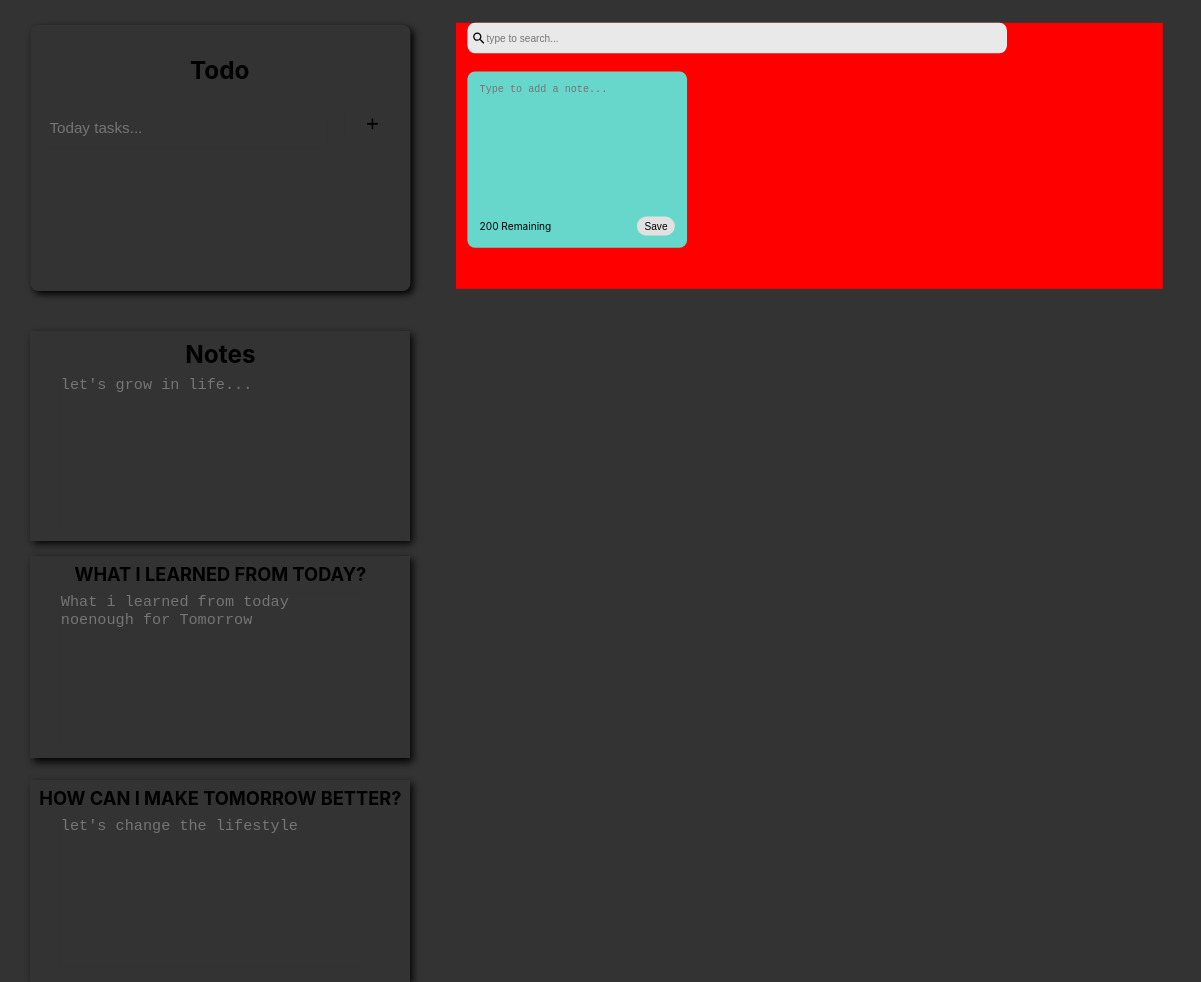
Repository: subhamRsahoo/note
Page: /
An editor plug-in stored every save of this project. The page is shown before and after the next save, followed by the edit.
The browser window is 1280 px wide. The page is 1530 px wide, then 1580 px, so the pictures cover 1580 px, including what lies to the right of the window. The pictures show the whole page, at 76% of full size.
The project was rebuilt for these pictures with package versions that can differ from the ones it lists, and the page was loaded fresh each time. Also part of the build but not shown: src/components/New folder/components/Note.js.

Above is the page before, as saved 2021-07-15 18:05:25.

### public/index.html
<!DOCTYPE html>
<html lang="en">
  <head>
    <meta charset="utf-8" />
    <link rel="icon" href="%PUBLIC_URL%/favicon.ico" />
    <meta name="viewport" content="width=device-width, initial-scale=1" />
    <meta name="theme-color" content="#000000" />
    <meta
      name="description"
      content="Web site created using create-react-app"
    />
    <link rel="apple-touch-icon" href="%PUBLIC_URL%/logo192.png" />
    <link rel="manifest" href="%PUBLIC_URL%/manifest.json" />


    <!-- <link rel="stylesheet" href="https://cdnjs.cloudflare.com/ajax/libs/font-awesome/5.15.3/css/font-awesome.min.css"/> -->

    <!-- <link rel="stylesheet" href="https://bootswatch.com/4/materia/bootstrap.com"/> -->

    <title>React App</title>
  </head>
  <body>
    <noscript>You need to enable JavaScript to run this app.</noscript>
    <div id="root"></div>
  </body>
</html>

### src/App.js
import React from 'react'
import Hub from './components/Hub';
import Hub1 from './components/aaaa/Hub1';
import A from './components/New folder/A';

function App() {
    return (
        <div>
            <Hub/>
            <Hub1/>
            <A/>
        </div>
    )
}

export default App

### src/components/Hub.js
import React , {useState , useEffect}from "react";
import Header from "./Header";
import Form from "./Form";
import TodoList from "./TodoList";
import './App.css';


const Hub = () => {
  const initalState = JSON.parse(localStorage.getItem("todos")) || [];
  const [input ,setInput] = useState("");
  const [todos ,setTodos] = useState(initalState);
  const [editTodo , setEditTodo] = useState(null);

  useEffect(() => {
    localStorage.setItem("todos" , JSON.stringify(todos))
  }, [todos]);
  return (
    <div className="container">
      <div className="app-wrapper">
        <div>
          <Header/>
        </div>
        <div>
          <Form
          input={input}
          setInput={setInput}
          todos={todos}
          setTodos={setTodos}
          editTodo={editTodo}
          setEditTodo={setEditTodo}
          />
        </div>
        <div>
          <TodoList todos={todos} setTodos={setTodos} setEditTodo={setEditTodo}/>
        </div>
      </div>
    </div>

  );
}

export default Hub;

### src/components/aaaa/Hub1.js
import React, { Component } from 'react';
import FormDataComponent from './components/form-data.component';
class  Hub1 extends Component {
  render() {
    return (
      <div >
        <FormDataComponent />
      </div>
    );
  }
}

export default Hub1;

### src/components/New folder/A.js
import React from 'react';
import './index.css';
import App from './App';


function A() {
    return (
        <div>
            <App />
        </div>
    )
}

export default A

### src/components/Header.js
import React from 'react'

function Header() {
    return (
        <div className="header">
            <h1>Todo</h1>
        </div>
    )
}

export default Header

### src/components/Form.js
import React , {useEffect} from 'react'
import {v4 as uuidv4} from "uuid";
import AddIcon from '@material-ui/icons/Add';

 const Form =({input , setInput , todos , setTodos , editTodo , setEditTodo }) => {
     const updateTodo = (title , id, completed) =>
     {
         const newTodo = todos.map((todo)=>

             todo.id === id ? {title,id, completed} : todo
         )
         setTodos(newTodo);
         setEditTodo("");
     }
     useEffect(() =>
     {
         if(editTodo)
         {
             setInput(editTodo.title);
         }else{
             setInput("")
         }
     }, [setInput , editTodo]);

     const onInputChange= (event) =>
     {
       setInput(event.target.value);
     };

     const onFormSubmit = (event) =>
     {
        event.preventDefault();
        if(!editTodo){
            setTodos([...todos , {id:uuidv4(), title: input , completed: false}]);
            setInput("");
        }else{
            updateTodo(input , editTodo.id , editTodo.completed)
        }
     }
    return (
       <form onSubmit={onFormSubmit}>
           <input type="text" placeholder="Today tasks... " className="task-input"
           value={input} required onChange={onInputChange} limit={3}/>
           <button type="submit" className="Add">
            <AddIcon/>
           </button>
       </form>
    )
}

export default Form

### src/components/TodoList.js
import React from 'react'
import DoneIcon from '@material-ui/icons/Done';
import EditIcon from '@material-ui/icons/Edit';
import DeleteIcon from '@material-ui/icons/Delete';

const TodoList = ({todos , setTodos , setEditTodo}) => {

    const handleDelete = ({id}) =>
    {
        setTodos(todos.filter((todo) => todo.id !== id));
    }

    const handleComplete = (todo) =>
    {
        setTodos(
            todos.map((item) => {
                if(item.id === todo.id){
                    return {...item , completed: !item.completed};
                }
                return item
            })
        )
    }

    const handleEdit =({id}) =>{
        const findTodo = todos.find((todo) => todo.id === id);
        setEditTodo(findTodo);
    };
    return (
        <div>
           {todos.map((todo) => (
               <li className="list-item"  key={todo.id}>
                   <input type="text"
                     value={todo.title}
                     className={`list ${todo.completed ? "complete" : "" }`}
                     onChange={(event)=> event.preventDefault()}
                   />
                   <div>
                       <button className="button-complete task-button" onClick={() => handleComplete(todo)}>
                          <i><DoneIcon/></i>
                       </button>
                       <button className="button-edit task-button" onClick={()=> handleEdit(todo)}>
                          <i><EditIcon/></i>
                       </button>
                       <button className="button-delete task-button"  onClick={()=> handleDelete(todo)}>
                          <i><DeleteIcon/></i>
                       </button>
                   </div>
               </li>
           ))}
        </div>
    );
}

export default TodoList;

### src/components/App.css
::-webkit-scrollbar {
  width: 9px;
}
::-webkit-scrollbar-thumb {
  background-color: #a8a8a8;
}
::-webkit-scrollbar-thumb:hover {
  background: #828282;
}
::-webkit-scrollbar-track {
  background: #cccccc;
}

body {
  font-family: -apple-system, BlinkMacSystemFont, 'Segoe UI', 'Roboto', 'Oxygen',
    'Ubuntu', 'Cantarell', 'Fira Sans', 'Droid Sans', 'Helvetica Neue',
    sans-serif;
  -webkit-font-smoothing: antialiased;
  -moz-osx-font-smoothing: grayscale;
  background: #333;
}

code {
  font-family: source-code-pro, Menlo, Monaco, Consolas, 'Courier New',
    monospace;
}


*
{
  margin: 0;
  padding: 0;
}

.container
{
  margin-top: 10px;
  width: 100%;
  min-height: 55vh;
  display: grid;
  justify-content: left;
  /* margin-left: 40px; */
  right: 500px;
  align-items: center;
  position: relative;
  box-sizing: border-box;
  left: 40px;
}

.app-wrapper
{
  background-color: #333;
  width: 500px;
  min-height: 350px;
  padding: 10px;
  box-sizing: border-box;
  border-radius: 10px;
  box-shadow: 4px 4px 10px #000;
  /* margin-bottom: 150px; */

}

.header h1
{
  color: black;
  text-align: left;
  margin: 30px 0;
  margin-left: 200px;
}

.task-input
{
  outline: none;
  width: 350px;
  padding: 15px;
  margin-right: 25px;
  font-size: 20px;
  color: white;
  background-color: #333;
  border: none;
  border-radius: 10px;
}

.task-input:hover
{
  box-shadow: 6px 4px 10px #000;
}

.Add
{
  width: 70px;
  padding: 5px 5px;
  border: 0;
  cursor: pointer;
  border-style: transparent;
  background-color: #333;
}

.Add:hover
{
  border-radius: 10px;
  box-shadow: 6px 4px 10px #000;
}

.list-item
{
  display: flex;
  margin: 20px 0;
  border: none;
  border-radius: 10px;
  padding: 7px;
  max-height: 20px;
}

.list-item:hover
{
  box-shadow: 6px 4px 10px #000;
}

.button-complete,
.button-delete,
.button-edit
{
  border: none;
  outline: none;
  cursor: pointer;
  background-color: transparent;
  font-size: 20px;
  border-radius: 50%;
}

.button-complete
{
  color: #ff6c6c;
  margin-right: 10px;
  margin-left: 70px;
}

.button-edit
{
  color: #e2d029;
  margin-right: 10px;
}

.button-delete
{
  color: lightseagreen;
}

.complete
{
  text-decoration-style: solid;
  text-decoration-line: line-through;
  text-decoration-color: #ff6c6c;
  opacity: 0.6;
}

.list
{
  width: 250px;
  background-color: #333;
  border: none;
  color: wheat;
  font-size: 20px;
  padding-left: 10px;
  margin-right: 15px;
}

input:focus,
button:focus
{
  outline: none;
}

@media screen and (max-width:768px)
{
  .container
  {
    left : 120px;
  }
  .app-wrapper
  {

    min-width: 400px;
    min-height: 260px;
    /* margin-top: 15px; */
  }
}

@media screen and (max-width:540px)
{
  .container
  {
    left: 40px;
  }
}

@media screen and (max-width: 1020px)
{
  .app-wrapper
  {
    min-width: 200px;
    min-height: 260px;
    margin-top: 15px;
  }
}

### src/components/aaaa/components/form-data.component.js
import React, { Component } from 'react';
import './design.css';
export default class FormDataComponent extends Component {
    userData;

    constructor(props) {
        super(props);

        this.onChangeName = this.onChangeName.bind(this);
        this.onChangeName1 = this.onChangeName1.bind(this);
        this.onChangeName2 = this.onChangeName2.bind(this);
        this.onSubmit = this.onSubmit.bind(this);

        this.state = {
            name: '',
            name1: '',
            name2: ''
        }
    }

    // Form Values
    onChangeName(e) {
        this.setState({ name: e.target.value })
    }

    onChangeName1(e) {
        this.setState({ name1: e.target.value })
    }

    onChangeName2(e) {
        this.setState({ name2: e.target.value })
    }


    // React Life Cycle
    componentDidMount() {
        this.userData = JSON.parse(localStorage.getItem('user'));

        if (localStorage.getItem('user')) {
            this.setState({
                name: this.userData.name,
                name1: this.userData.name1,
                name2: this.userData.name2
            })
        } else {
            this.setState({
                name: '',
                name1: '',
                name2: ''
            })
        }
    }

    componentWillUpdate(nextProps, nextState) {
        localStorage.setItem('user', JSON.stringify(nextState));
    }

    onSubmit(e) {
        e.preventDefault()
        console.log(this.state.props)
    }


    render() {
        return (

                <form className="form" onSubmit={this.onSubmit}>
                    <div className="contain">
                        <h1>Notes</h1>
                        <textarea type="text" placeholder="let's grow in life..." className="text1" value={this.state.name} onChange={this.onChangeName} />
                        {/* <button type="submit" className="btn1">Save</button> */}
                    </div>


                    <div className="contain1">
                        <h2>WHAT I LEARNED FROM TODAY?</h2>
                        <textarea type="text" placeholder="What i learned from today noenough for Tomorrow" className="text2" value={this.state.name1} onChange={this.onChangeName1} />
                        {/* <button type="submit" className="btn2">Save</button> */}
                    </div>

                    <div className="contain2">
                        <h2>HOW CAN I MAKE TOMORROW BETTER?</h2>
                        <textarea type="text" placeholder="let's change the lifestyle" className="text3" value={this.state.name2} onChange={this.onChangeName2} />
                        {/* <button type="submit" className="btn3">Save</button> */}
                    </div>
                </form>

        )
    }
}

### src/components/New folder/index.css
body {
	margin: 0;
	font-family: -apple-system, BlinkMacSystemFont, 'Segoe UI',
		'Roboto', 'Oxygen', 'Ubuntu', 'Cantarell', 'Fira Sans',
		'Droid Sans', 'Helvetica Neue', sans-serif;
	-webkit-font-smoothing: antialiased;
	-moz-osx-font-smoothing: grayscale;
}

code {
	font-family: source-code-pro, Menlo, Monaco, Consolas,
		'Courier New', monospace;
}

.header {
	display: flex;
	align-items: center;
	justify-content: space-between;
}


.container1 {
	display: grid;
	width: 900px;
	/* margin-right: auto;  */
	position: absolute;
	left: 600px;
	bottom: 340px;
	padding-right: 15px;
	padding-left: 15px;
	height: 350px;
	background-color:red;
}

.notes-list {
	display: grid;
	grid-gap: 1rem;
	grid-template-columns: repeat(
		auto-fill,
		minmax(250px, 1fr)
	);
}

.note.new {
	background-color: #67d7cc;
	height: 200px;
	margin-bottom: 200px;
}

textarea {
	border: none;
	resize: none;
	background-color: #67d7cc;
}

textarea:focus {
	outline: none;
}

.save {
	background-color: #e1e1e1;
	border: none;
	border-radius: 15px;
	padding: 5px 10px 5px 10px;
}

.save:hover {
	background-color: #ededed;
	cursor: pointer;
}

.note {
	background-color: #fef68a;
	border-radius: 10px;
	padding: 1rem;
	height: 200px;
	display: flex;
	flex-direction: column;
	justify-content: space-between;
	white-space: pre-wrap;
}

.note-footer {
	display: flex;
	align-items: center;
	justify-content: space-between;
}

.delete-icon {
	cursor: pointer;
}

.search {
	display: flex;
	align-items: center;
	background-color: rgb(233, 233, 233);
	width: 700px;
	height: 30px;
	border-radius: 10px;
	padding: 5px;
	margin-bottom: 1.5em;
}

.search input {
	border: none;
	background-color: rgb(233, 233, 233);
	width: 100%;
}

.search input:focus {
	outline: none;
}

### src/components/New folder/App.js
import { useState, useEffect } from 'react';
import { nanoid } from 'nanoid';
import NotesList from './components/NotesList';
import Search from './components/Search';

const App = () => {
	const [notes, setNotes] = useState([
		// {
		// 	id: nanoid(),
		// 	text: 'This is my first note!',
		// 	date: '15/04/2021',
		// },
		// {
		// 	id: nanoid(),
		// 	text: 'This is my second note!',
		// 	date: '21/04/2021',
		// },
		// {
		// 	id: nanoid(),
		// 	text: 'This is my third note!',
		// 	date: '28/04/2021',
		// },
		// {
		// 	id: nanoid(),
		// 	text: 'This is my new note!',
		// 	date: '30/04/2021',
		// },
	]);

	const [searchText, setSearchText] = useState('');

	useEffect(() => {
		const savedNotes = JSON.parse(
			localStorage.getItem('react-notes-app-data')
		);

		if (savedNotes) {
			setNotes(savedNotes);
		}
	}, []);

	useEffect(() => {
		localStorage.setItem(
			'react-notes-app-data',
			JSON.stringify(notes)
		);
	}, [notes]);

	const addNote = (text) => {
		const date = new Date();
		const newNote = {
			id: nanoid(),
			text: text,
			date: date.toLocaleDateString(),
		};
		const newNotes = [...notes, newNote];
		setNotes(newNotes);
	};

	const deleteNote = (id) => {
		const newNotes = notes.filter((note) => note.id !== id);
		setNotes(newNotes);
	};

	return (
		<div >
			<div className='container1'>
				<Search handleSearchNote={setSearchText} />
				<NotesList
					notes={notes.filter((note) =>
						note.text.toLowerCase().includes(searchText)
					)}
					handleAddNote={addNote}
					handleDeleteNote={deleteNote}
				/>
			</div>
		</div>
	);
};

export default App;

### src/components/aaaa/components/design.css
.form
{
    width: 100%;
    height: 250px;
    display: grid;
    margin: 0;
    padding: 0;
}


.contain
{
    display: grid;
    width: 500px;
    left: 40px;
    top: 30px;
    bottom: 10px;
    box-shadow: 4px 4px 10px #000;
    position: relative;
    box-sizing: border-box;

}

.text1
{
    margin-top: 10px;
   width: 400px;
   height: 197px;
   margin-left: 40px;
   background-color: #333;
   border-style: none;
   color: white;
   border-style: none;
   font-size: 20px;
   margin-bottom: 20px;
}

.text1:hover
{
    box-shadow: 4px 4px 10px #000;
}

.contain h1
{
    margin-top: 10px;
   text-align: center;
}

/* .btn1
{
    background-color: #333;
    margin-left: 70px;
    text-decoration-color: white;
    border-style: none;
    color: white;
    cursor: pointer;
    margin-bottom: 10px;
    padding: 8px 8px;
    border-radius: 10px;
}

.btn1:hover
{
    box-shadow: 4px 4px 10px #000;
    padding: 8px 8px;
} */


.contain1
{
    width: 500px;
    top: 50px;
    left: 40px;
    box-shadow: 4px 4px 10px #000;
    position: relative;
    box-sizing: content-box;
    display: grid;
}

.text2
{
    margin-top: 10px;
    width: 400px;
    height: 197px;
    margin-left: 40px;
    background-color: #333;
    border-style: none;
    color: white;
    border-style: none;
    font-size: 20px;
    margin-bottom: 20px;
}

.text2:hover
{
    box-shadow: 4px 4px 10px #000;
}


.contain1 h2
{
    margin-top: 10px;
   text-align: center;
}

/* .btn2
{
    background-color: #333;
    margin-left: 70px;
    text-decoration-color: white;
    border-style: none;
    color: white;
    cursor: pointer;
    margin-bottom: 10px;
    padding: 8px 8px;
    border-radius: 10px;
}

.btn2:hover
{
    box-shadow: 4px 4px 10px #000;
    padding: 8px 8px;
} */

.contain2
{
   width: 500px;
    margin-top: 620px;
    margin-left: 40px;
    /* bottom: 630px; */
    box-shadow: 4px 4px 10px #000;
    position: absolute;
    box-sizing:border-box;
    display: grid;
}

.text3
{
    margin-top: 10px;
    width: 400px;
    height: 197px;
    margin-left: 40px;
    background-color: #333;
    border-style: none;
    color: white;
    border-style: none;
    font-size: 20px;
    margin-bottom: 20px;
}

.text3:hover
{
    box-shadow: 4px 4px 10px #000;
}


.contain2 h2
{
    margin-top: 10px;
   text-align: center;
}

/* .btn3
{
    background-color: #333;
    margin-left: 70px;
    text-decoration-color: white;
    border-style: none;
    color: white;
    cursor: pointer;
    margin-bottom: 10px;
    padding: 8px 8px;
    border-radius: 10px;
}

.btn3:hover
{
    box-shadow: 4px 4px 10px #000;
    padding: 8px 8px;
} */

@media screen and (max-width:768px)
{
    .contain
    {
        left: 80px;
    }
    .contain1
    {
        left: 80px;
    }
    .contain2
    {
        left: 80px;
    }
}

@media screen and (max-width: 540px)
{
    .contain
    {
        left: 0;
    }
    .contain1
    {
        left: 0px;
    }
    .contain2
    {
        left: 0px;
    }
}

### src/components/New folder/components/AddNote.js
import { useState } from 'react';

const AddNote = ({ handleAddNote }) => {
	const [noteText, setNoteText] = useState('');
	const characterLimit = 200;

	const handleChange = (event) => {
		if (characterLimit - event.target.value.length >= 0) {
			setNoteText(event.target.value);
		}
	};

	const handleSaveClick = () => {
		if (noteText.trim().length > 0) {
			handleAddNote(noteText);
			setNoteText('');
		}
	};

	return (
		<div className='note new'>
			<textarea
				rows='8'
				cols='10'
				placeholder='Type to add a note...'
				value={noteText}
				onChange={handleChange}
			></textarea>
			<div className='note-footer'>
				<small>
					{characterLimit - noteText.length} Remaining
				</small>
				<button className='save' onClick={handleSaveClick}>
					Save
				</button>
			</div>
		</div>
	);
};

export default AddNote;

Loaded but not shown: src/index.js (common file); src/components/New folder/components/NotesList.js (common file); src/components/New folder/components/Search.js (common file)

After the next save:
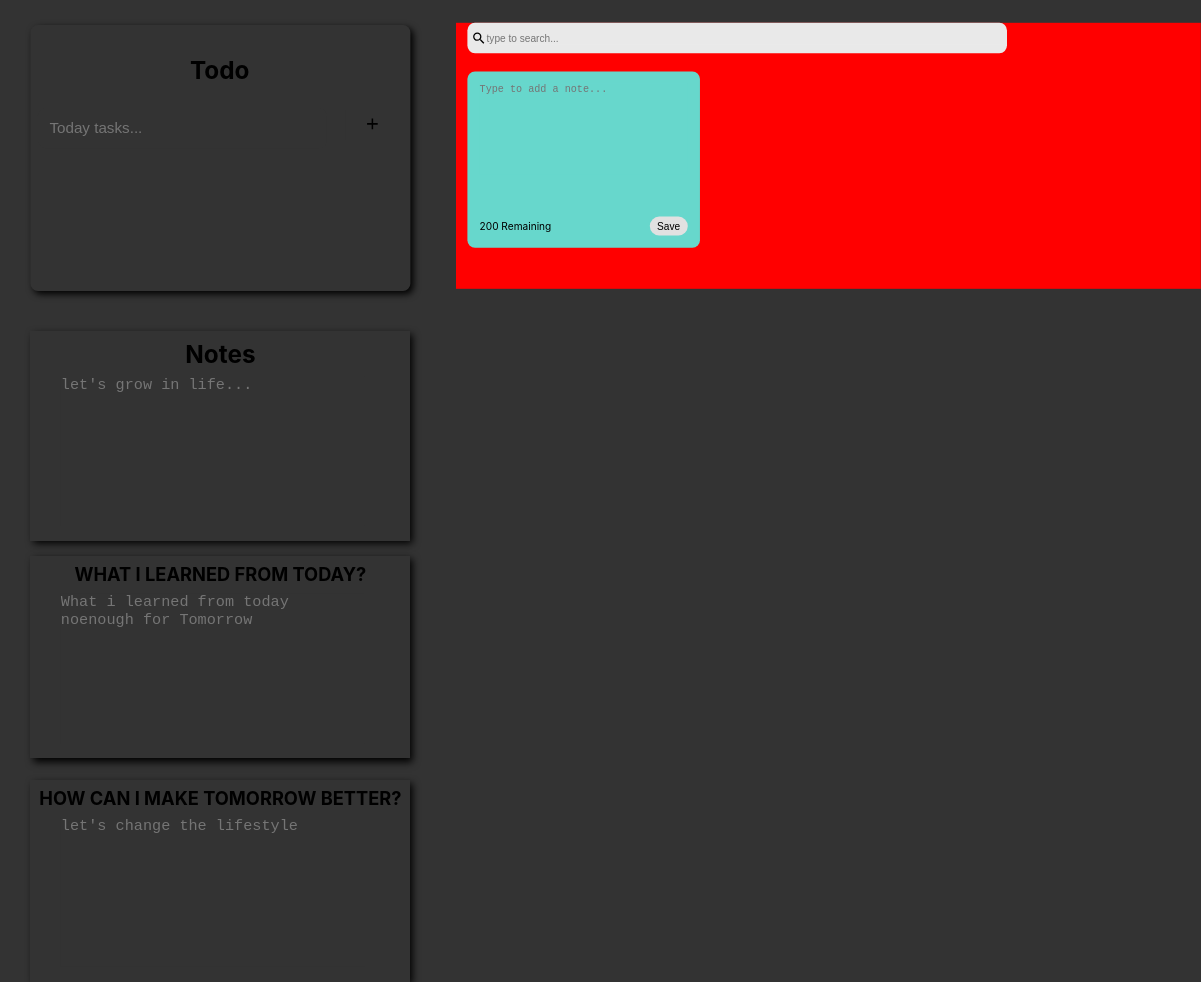
Saved 14 s later.
--- a/src/components/New folder/index.css
+++ b/src/components/New folder/index.css
@@ -21,7 +21,7 @@ code {
 
 .container1 {
 	display: grid;
-	width: 900px;
+	width: 950px;
 	/* margin-right: auto;  */
 	position: absolute;
 	left: 600px;
